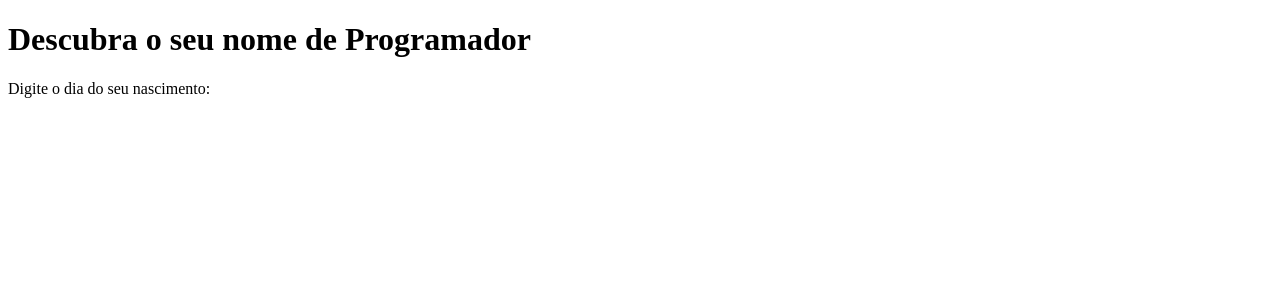
Repository: analessp/seu-nome-dev
Page: index.html
An editor plug-in stored every save of this project. The page is shown before and after a run of saves, followed by the edit.
The browser window is 1280 px wide. The pictures show the whole page.

Above is the page before, as saved 2025-05-13 10:34:44.

After the next 9 saves:
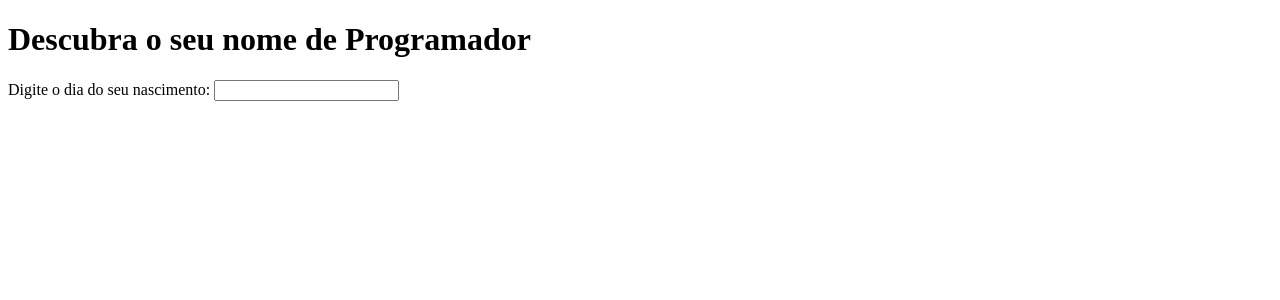
The 9 saves are shown as one change because they came seconds apart.
The last was saved 20 s later.
--- a/index.html
+++ b/index.html
@@ -11,7 +11,8 @@
         <h1>Descubra o seu nome de Programador</h1>
         <div class="form-group">
             <label for="dia">Digite o dia do seu nascimento:</label>
-            <in
+            <input type="number" id="dia" min="'"
+
         </div>
     </div>
 
